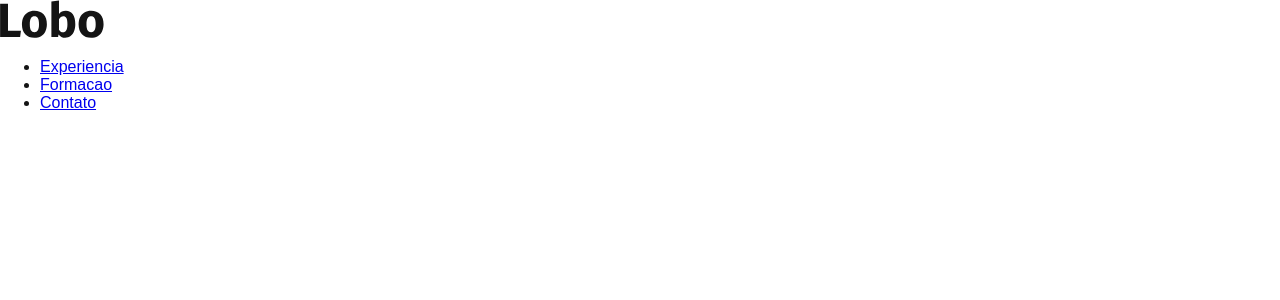
Repository: RflBueno/estudos
Page: Projeto Lobo/index.html
These files come from the project's save history. The page is drawn as it stood at one moment and after the next save; the edit follows.
The browser window is 1280 px wide. The pictures show the whole page.

Above is the page before, as saved 2025-03-27 23:24:46.

After the next save:
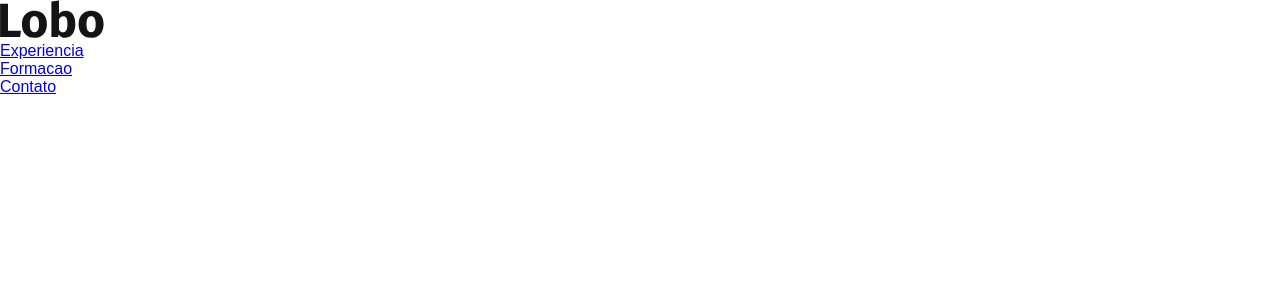
Saved 19 s later.
--- a/Projeto Lobo/css/global.css
+++ b/Projeto Lobo/css/global.css
@@ -7,3 +7,9 @@ body {
 h1, h2, h3, h4, h5, h6, p {
     margin: 0px;
 }
+
+ul {
+    list-style-type: none;
+    padding: 0px;
+    margin: 0px;
+}
